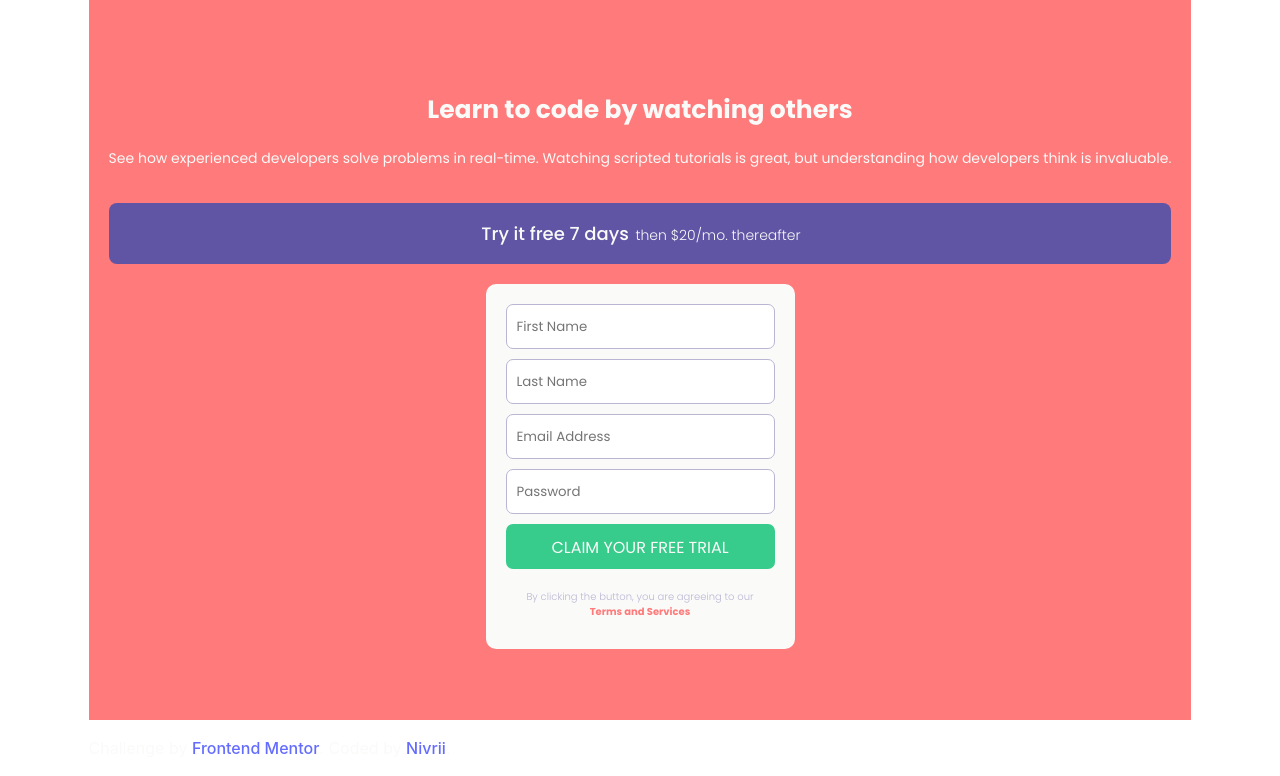
Repository: nivrii/intro-component-with-signup
Page: /
The author's editor kept a copy of each file at every save. The page is drawn from the files as they stood at one save, then again after the next save.
The browser window is 1280 px wide. The pictures show the whole page.
The project was rebuilt for these pictures with package versions that can differ from the ones it lists, and the page was loaded fresh each time. Also part of the build but not shown: vite.config.js.

Above is the page before, as saved 2023-10-12 11:45:22.

### src/App.jsx
import { Footer } from './Footer/Footer';
import { Form } from './Form/Form';
import { Card } from './Card/Card';
import { Content } from './Content/Content';
import "./App.css";

function App() {

  return (
    <>
      <div className="container">
        <Content     />
        <Card     />
        <Form     />
      </div>
      <Footer    />
    </>
  );
}

export default App;

### src/Footer/Footer.jsx
import "./Footer.css";
export function Footer() {
  const coder = "Nivrii";
  return (
    <footer>
      <p className="attribution">
        Challenge by{" "}
        <a
          href="https://www.frontendmentor.io?ref=challenge"
          target="_blank"
          rel="noreferrer"
        >
          Frontend Mentor
        </a>
        . Coded by{" "}
        <a href="https://github.com/Nivrii/intro-component-with-signup">
          {coder}
        </a>
        .
      </p>
    </footer>
  );
}

### src/Form/Form.jsx
import "./Form.css";
export function Form() {
  return (
    <form action="submit" className="form">
      <input
        type="text"
        placeholder="First Name"
        name="fName"
        className="input"
      />
      <input
        type="text"
        placeholder="Last Name"
        name="lName"
        className="input"
      />
      <input
        type="email"
        placeholder="Email Address"
        name="email"
        className="input"
      />
      <input
        type="password"
        placeholder="Password"
        name="password"
        className="input"
      />
      <button type="submit" className="btn">
        Claim your free trial
      </button>
      <div className="pWrap">
        <p>By clicking the button, you are agreeing to our</p>
        <p>Terms and Services</p>
      </div>
    </form>
  );
}

### src/Card/Card.jsx
import "./Card.css";
export function Card() {
  return (
      <div className="card__content">
        <p><span>Try it free 7 days </span>
        then $20/mo. thereafter</p>
      </div>
  );
}

### src/Content/Content.jsx
import "./Content.css";
export function Content() {
  return (
    <div className="content">
      <h4>Learn to code by watching others</h4>
      <p>
        See how experienced developers solve problems in real-time. Watching
        scripted tutorials is great, but understanding how developers think is
        invaluable.
      </p>
    </div>
  );
}

### src/App.css
*{
  box-sizing: border-box;
  border: 0;
  padding: 0;
}
:root{
  /*Primary colors*/
  --red:hsl(0, 100%, 74%);
  --green: hsl(154, 59%, 51%);
  /*Accent colors*/
  --blue: hsl(248, 32%, 49%);
  --white:#FAFAF9;
  /*Neutral colors*/
  --dark-blue: hsl(249, 10%, 26%);
  --grayish-blue: hsl(246, 25%, 77%);
  /*typography*/
  --fSize: 14px;
  --w4: 400;
  --w5: 500;
  --w6: 600;
  --w7: 700;
}
@font-face {
  font-family: "Poppins-bold";
  src: url(./assets/Fonts/poppins/Poppins-Bold.otf) format("opentype");
}
@font-face {
  font-family: "Poppins-regular";
  src: url(./assets/Fonts/poppins/Poppins-Regular.otf) format("opentype");
}
@font-face {
  font-family: "Poppins-medium";
  src: url(./assets/Fonts/poppins/Poppins-Medium.otf) format("opentype");
}
@font-face {
  font-family: "Poppins-light";
  src: url(./assets/Fonts/poppins/Poppins-Light.otf) format("opentype");
}
body{
  display: flex;
  flex-direction: column;
}
.container{
  display: flex;
  flex-direction: column;
  align-items: center;
  justify-content: center;
  height: 100vh;
  width: 100%;
  background-color: var(--red);
  padding: 20px;
}

### src/Footer/Footer.css
@import url(../App.css);

.attribution{
    color: var(--white);
}

### src/Form/Form.css
@import url(../App.css);

.form {
  display: flex;
  flex-direction: column;
  background-color: var(--white);
  padding: 20px;
  gap: 10px;
  border-radius: 10px;
  & .input,
  .btn {
    height: 45px;
    width: 100%;
    border-radius: 7px;
    font-family: "Poppins-regular", sans-serif;
  }
  & .input {
    border: 1px solid var(--grayish-blue);
    padding-left: 10px;
  }
  & .btn {
    background-color: var(--green);
    color: var(--white);
    text-transform: uppercase;
    transition-duration: 0.3s;
    transition-timing-function: ease;
    &:hover {
      transform: scale(1.05);
    }
  }
  & .pWrap {
    padding: 10px;
    text-align: center;
    & * {
      margin: 0;
      font-size: 10px;
    }
    & p:nth-child(1) {
      font-family: "Poppins-light", sans-serif;
      color: var(--grayish-blue);
    }
    & p:nth-child(2) {
      font-family: "Poppins-bold", sans-serif;
      color: var(--red);
    }
  }
}

### src/Card/Card.css
@import url(../App.css);

.card__content{
    width: 100%;
    background-color: var(--blue);
    border-radius: 8px;
    padding: 15px 40px;
    margin: 20px 0;
    & *{
        color: var(--white);
        text-align: center;
        margin: 2px;
    }& span{
        font-size: 18px;
        font-family: 'Poppins-medium', sans-serif;
    }
    & p{
        font-family: 'Poppins-light', sans-serif;
        font-size: var(--fSize);

    }
}

### src/Content/Content.css
@import url(../App.css);

.content {
  & * {
    color: var(--white);
    text-align: center;
  }
  & h4 {
    font-size: 25px;
    margin: 20px;
    font-family: 'Poppins-bold', sans-serif;
  }
  & p {
    font-size: var(--fSize);
    font-family: 'Poppins-regular', sans-serif;
  }
}

Loaded but not shown: index.html (common file); src/main.jsx (common file); src/index.css (common file)

After the next save:
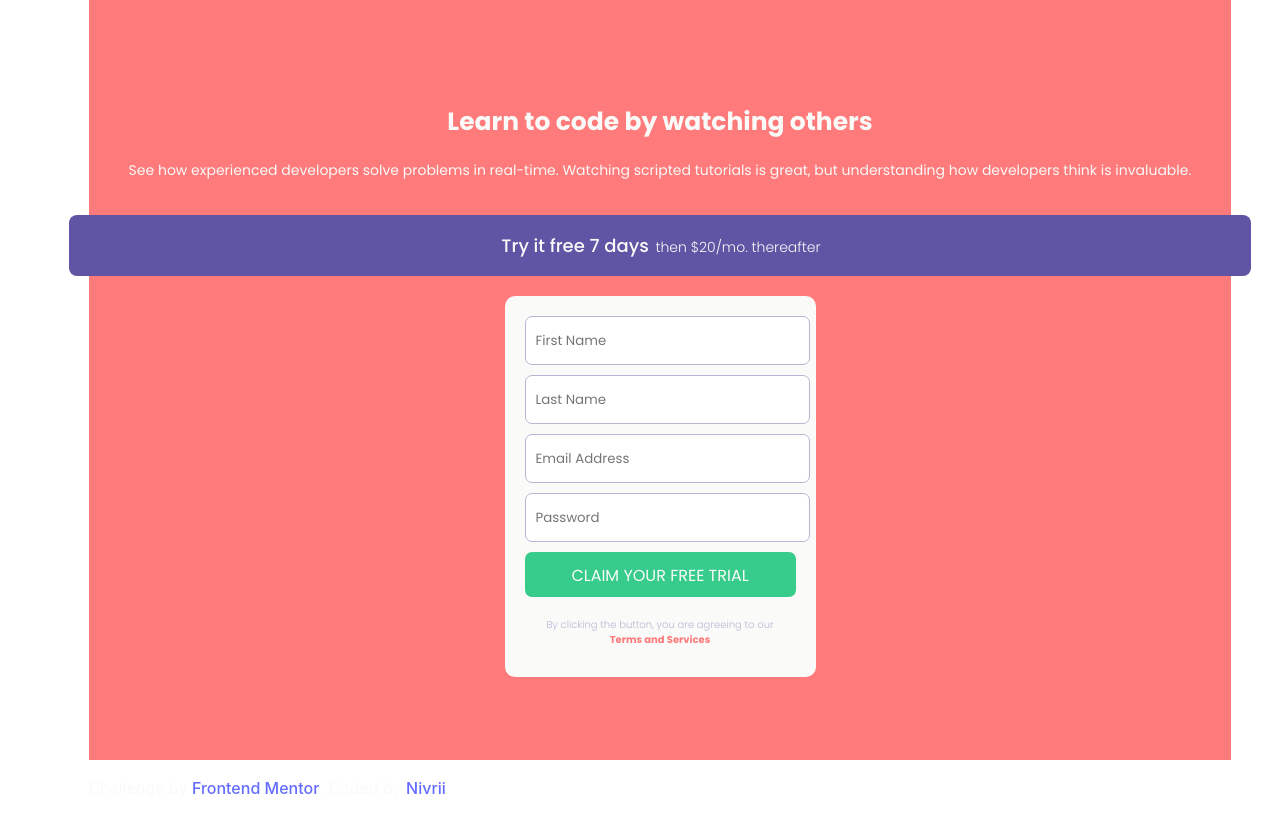
Saved 49 s later.
--- a/src/App.css
+++ b/src/App.css
@@ -1,4 +1,4 @@
-*{
+body{
   box-sizing: border-box;
   border: 0;
   padding: 0;

After the save that followed:
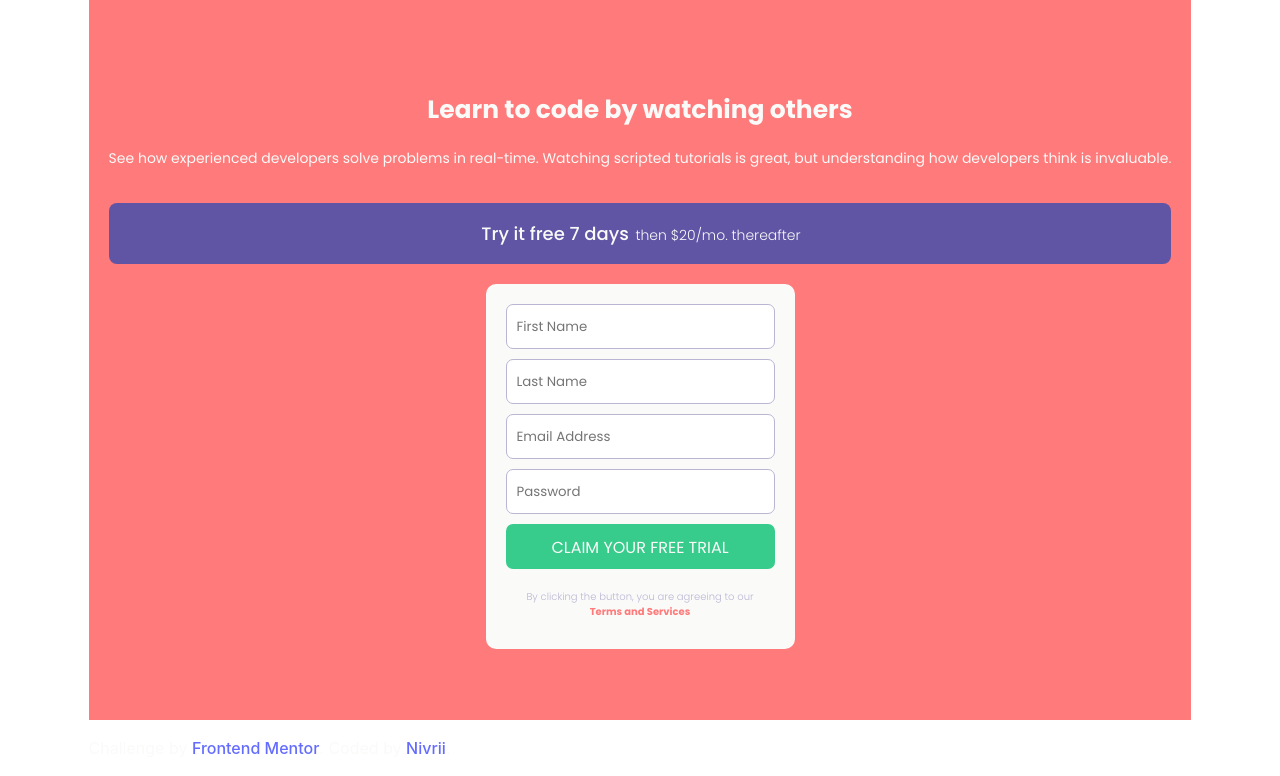
Saved 7 s later.
--- a/src/App.css
+++ b/src/App.css
@@ -1,4 +1,4 @@
-body{
+*{
   box-sizing: border-box;
   border: 0;
   padding: 0;
